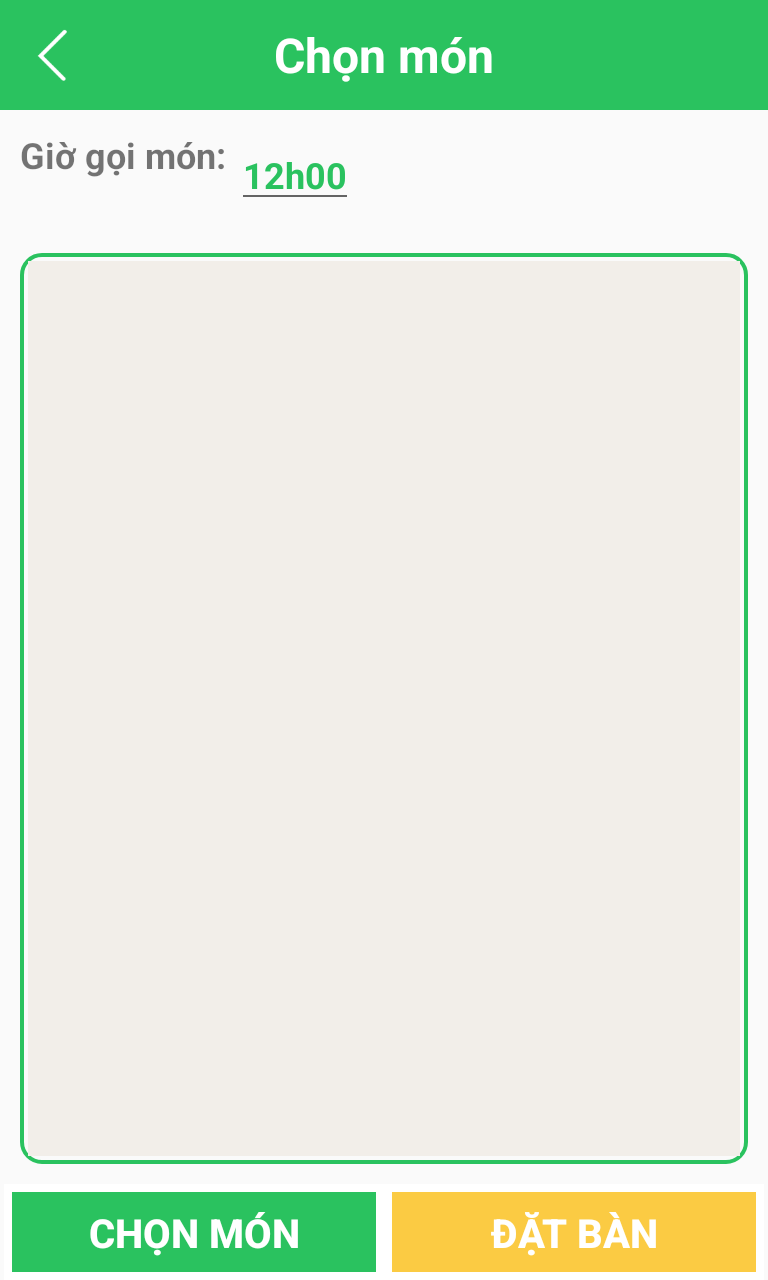
Repository: yenthanh132/Intelresment_AndroidClientApp
Layout: Intelresment/res/layout/activity_order.xml
An editor plug-in stored every save of this project. The layout is shown before and after the next save, followed by the edit.
It is drawn on a 768 x 1280 px phone screen (xhdpi) without system bars, with theme AppTheme; the app's code is not run. Lists and similar views that code fills are empty.

Above is the layout before, as saved 2014-12-27 07:38:43.

After the next save:
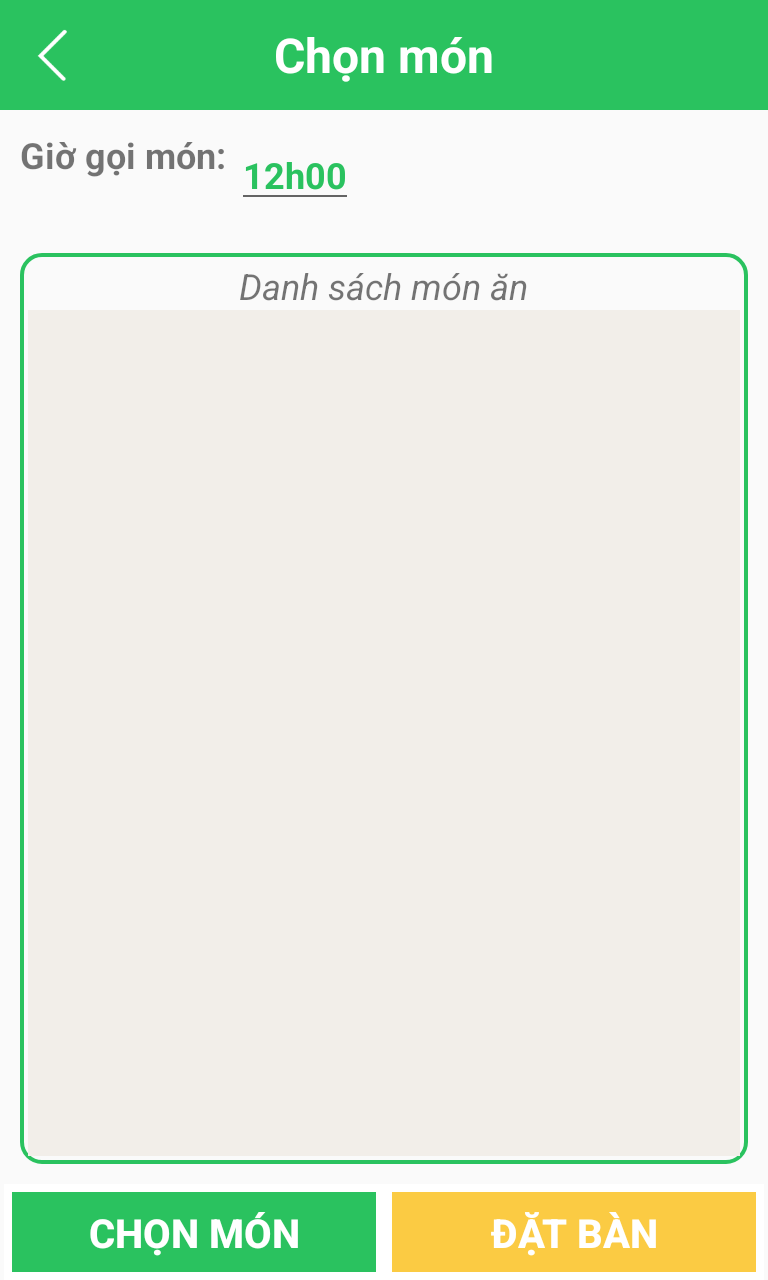
Saved 9 s later.
--- a/Intelresment/res/layout/activity_order.xml
+++ b/Intelresment/res/layout/activity_order.xml
@@ -77,7 +77,7 @@
                 android:id="@+id/gvOrderedFood"
                 android:layout_width="match_parent"
                 android:layout_height="match_parent"
-                android:layout_below="@+id/tvLabel2"
+                android:layout_below="@+id/tvLabel3"
                 android:background="#F2EEE9" >
             </GridView>
         </RelativeLayout>
